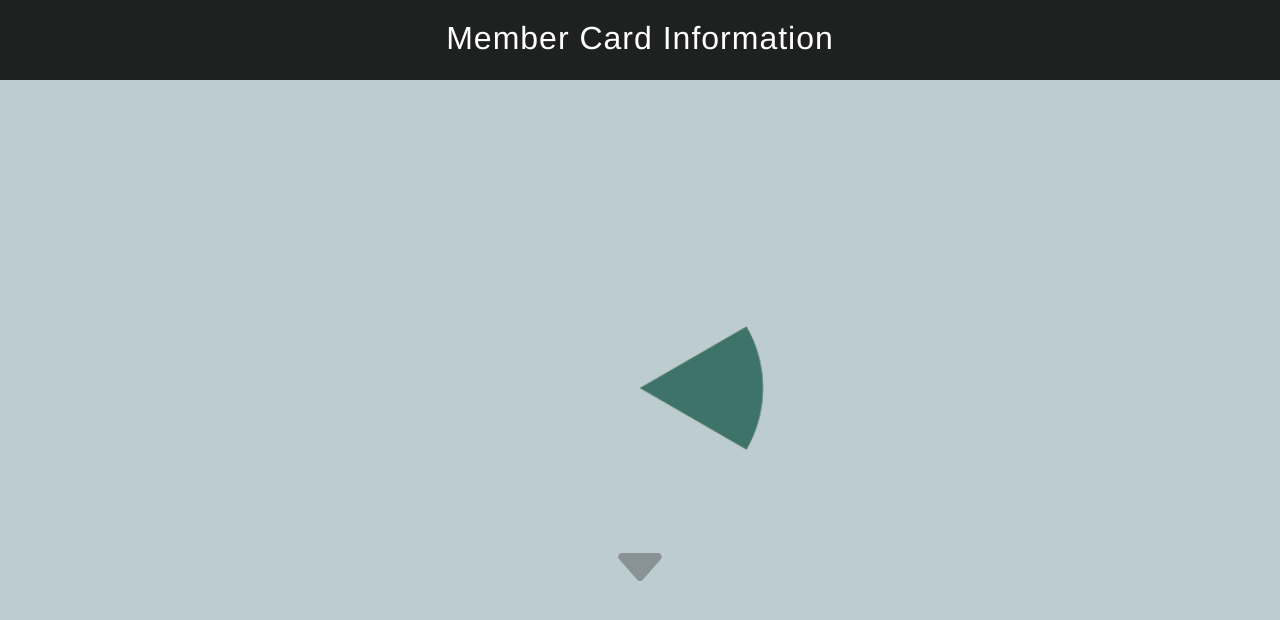
Repository: Leooook/lzhao-fed-test
Page: /
These files come from the project's save history. The page is drawn as it stood at one moment and after a run of saves; the edit follows.
The browser window is 1280 px wide. The pictures show the whole page.
The page's requests for data from a server got no answer. The project was rebuilt for these pictures with package versions that can differ from the ones it lists, and the page was loaded fresh each time. No one was signed in, and anything a server would have sent is missing. Also part of the build but not shown: src/components/detail.jsx.

Above is the page before, as saved 2021-03-15 21:53:59.

### src/index.html
<!DOCTYPE html>
<html lang="en">
	<head>
		<meta charset="utf-8" />
		<meta http-equiv="X-UA-Compatible" content="IE=edge,chrome=1" />
		<title>Member Card Info</title>
		<meta name="description" content="" />
		<meta name="viewport" content="width=device-width, initial-scale=1.0, maximum-scale=1.0, user-scalable=no" />
	</head>
	<body>
		<div id="root" class="react-root"></div>
	</body>
</html>

### src/App.js
import React, {useState} from 'react';
import {BsCaretDownFill} from 'react-icons/bs'

import './App.css'
import Header from './components/header.jsx'
import Feature from './components/feature.jsx'

export default function App() {
  const [featureAmount, setFeatureAmount] = useState([1])

  const setFeature = () => {
    setFeatureAmount(featureAmount => {return [...featureAmount, 1]})
  }

	return (
    <div className='app'>
      <Header />
      {
        featureAmount.map((key) => <Feature key = {key}/>)
      }
      <BsCaretDownFill className='add-feature' onClick={() => setFeature()}/>
    </div>
  )
}

### src/App.css
* {
	margin: 0;
	padding: 0;
	box-sizing: border-box;
}
:root {
	--nav-black: rgba(14, 14, 14, 0.897);
	--white: #ffffff;
	--light-blue: rgb(189, 204, 208);
	--grey: rgb(145, 145, 145);
	--light-grey: rgb(209, 209, 209);
}
/* app */
.app {
	max-width: 100vw;
	min-height: 100vh;
	background-color: var(--light-blue);
}
.add-feature {
	position: relative;
	color: rgba(65, 65, 65, 0.418);
	width: 60px;
	height: 60px;
	margin: 30px auto 0 auto;
	display: block;
	cursor: pointer;
	animation: upAndDown 3s ease-in-out infinite;
}
.add-feature:active {
	transform: scale(1.1);
	transition: all 1s ease;
}
@keyframes upAndDown {
	0% {
		bottom: 0;
	}
	50% {
		bottom: 10px;
	}
	100% {
		bottom: 0;
	}
}
/* end of app */
/* header */
.header {
	background-color: var(--nav-black);
	height: 80px;
	padding: 20px;
	margin-bottom: 80px;
	font-size: 2rem;
	font-family: 'Franklin Gothic Medium', 'Arial Narrow', Arial, sans-serif;
	text-align: center;
	color: var(--white);
	letter-spacing: 1px;
}
@media screen and (max-width: 500px) {
	.header {
		margin-bottom: 30px;
		padding: 30px;
		font-size: 1.4rem;
	}
}
/* end of header */
/* loader */
.load {
	width: 100%;
}
.loadPic {
	height: 20%;
	width: 20%;
	display: block;
	margin: 25vh auto 0 auto;
}
/* end of loader */
/* feature */
.feature {
	margin-top: -65px;
	padding: 60px 8%;
	display: grid;
	grid-template-columns: repeat(auto-fill, minmax(450px, 1fr));
	grid-row-gap: 50px;
	grid-column-gap: 80px;
}
@media screen and (max-width: 500px) {
	.feature {
		padding: 30px 20px;
		display: initial;
	}
}
/* end of feature */
/* detail */
.detail {
	margin: auto;
	padding: 10px 20px;
	width: 450px;
	height: 240px;
	background: hsla(0, 0%, 100%, .3);
	border-radius: 6px;
	box-shadow: 0 6px 20px 6px rgba(0, 0, 0, 0.207);
	display: flex;
	align-items: center;
	cursor: pointer;
	transition: all linear 0.2s;
}
.detail:hover {
	transform: scale(1.05);
	box-shadow: 0 10px 30px 10px rgba(0, 0, 0, 0.207);
}
.left-section {
	width: calc(40% - 20px);
	margin-right: 10%;
}
.right-section {
	width: clac(50% - 20px);
}
.detail-pic {
	margin: 0 auto;
	height: 140px;
	width: 140px;
	border-radius: 50%;
	box-shadow: 0 0 10px 8px var(--light-grey);
}
.detail-info {
	margin-bottom: 10px;
}
.detail-name {
	font-family: 'Playfair Display', serif;
	font-weight: bold;
	font-size: 1.3rem;
}
.detail-name2 {
	font-weight: 100;
	font-size: 0.9rem;
	color: rgb(82, 82, 82);
	font-style: oblique;
}
.detail-sex-date {
	display: flex;
}
.detail-date {
	margin-right: 13px;
}
.detail-font {
	font-family: 'Source Sans Pro', sans-serif;
	font-size: 0.8rem;
}
@media screen and (max-width: 500px) {
	.detail {
		margin-bottom: 30px;
		width: 90vw;
		height: 50vw;
	}
	.detail-pic {
		height: 100px;
		width: 100px;
	}
	.detail-info {
		margin-bottom: 6px;
	}
	.detail-name {
		font-size: 1rem;
	}
	.detail-name2 {
		font-size: 0.8rem;
	}
	.detail-date {
		margin-right: 8px;
	}
	.detail-font {
		font-size: 0.75rem;
	}
}
/* end of detail */

### src/components/header.jsx
import React, { Component } from 'react'

class Header extends Component {
	render() {
		return <section className="header">Member Card Information</section>
	}
}

export default Header

### src/components/feature.jsx
import React, { Component } from 'react'

import Loader from './loader.jsx'
import Detail from './detail.jsx'

class Feature extends Component {
	state = {
		dataSet: [],
		dataAmount: 6
	}

	fetchData = () => {
		fetch('https://randomuser.me/api/', {
			method: 'GET'
		})
			.then((response) => response.json())
			.then((data) => {
				let dataSet = this.state.dataSet
				dataSet.push(data.results[0])
				this.setState({ dataSet })
			})
			.catch((error) => {
				console.error('Error:', error)
			})
	}

	componentDidMount() {
		for (let i = 0; i < this.state.dataAmount; i++) {
			this.fetchData()
		}
	}

	render() {
		if (this.state.dataSet.length === 0 || this.state.dataSet.length % 6 !== 0) {
			return <Loader />
		} else {
			return (
				<section className="feature">
					{this.state.dataSet.map((each, key) => <Detail key={key} data={each} />)}
				</section>
			)
		}
	}
}

export default Feature

### src/components/loader.jsx
import React from 'react'

import loadPic from '../images/load.gif'

function Loader() {
	return (
		<section className="load">
			<img src={loadPic} className="loadPic" alt="load" />
		</section>
	)
}

export default Loader

Loaded but not shown: src/index.js (common file)

After the next 2 saves:
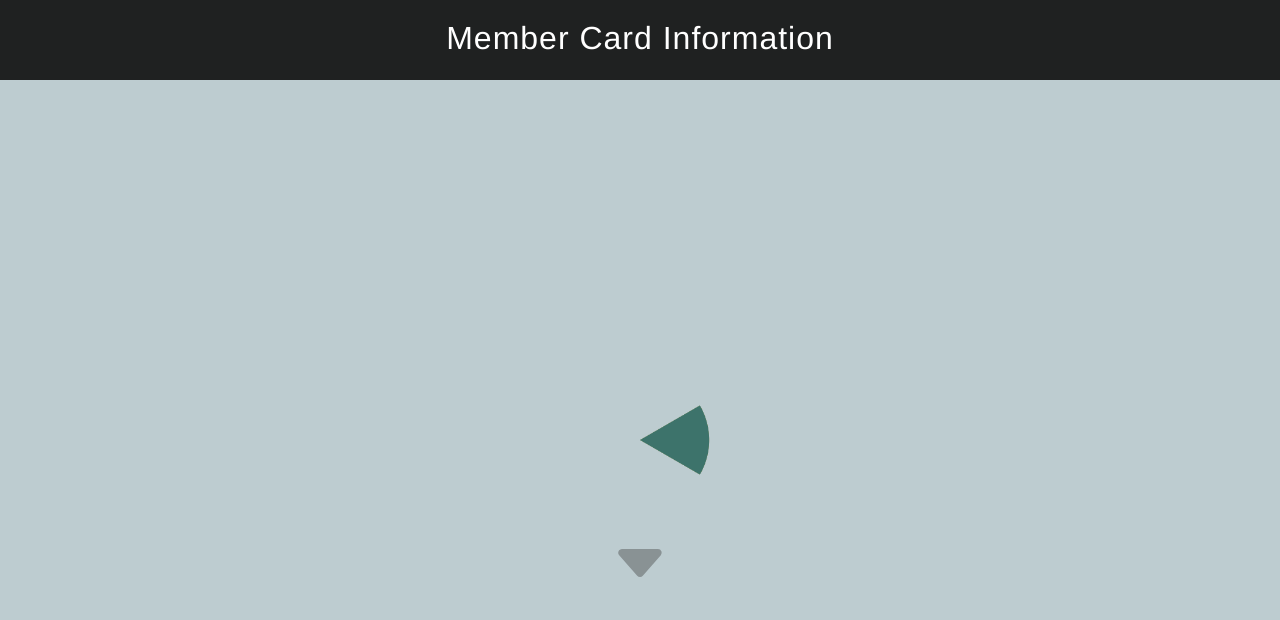
The 2 saves are shown as one change because they came seconds apart.
The last was saved 12 s later.
--- a/src/App.css
+++ b/src/App.css
@@ -67,10 +67,10 @@
 	width: 100%;
 }
 .loadPic {
-	height: 20%;
-	width: 20%;
+	height: 20vh;
+	width: 20vh;
 	display: block;
-	margin: 25vh auto 0 auto;
+	margin: 40vh auto 0 auto;
 }
 /* end of loader */
 /* feature */
